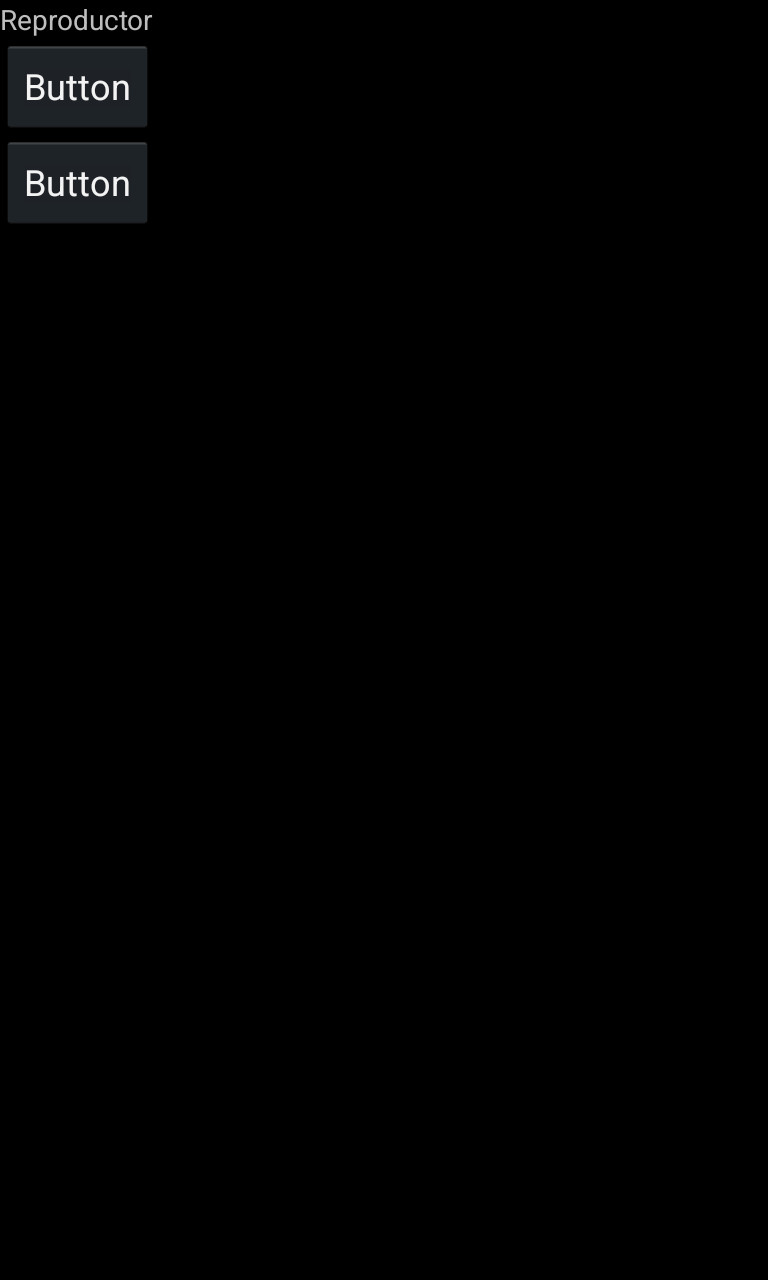
Repository: dorisserruto/un_exercises
Layout: javaandroid/Recursos/workspace-profe/lab13_player1/res/layout/main.xml
The author's editor kept a copy of each file at every save. The layout is drawn from the files as they stood at one save, then again after the next save.
It is drawn on a 768 x 1280 px phone screen (xhdpi) without system bars, with theme android:Theme.Holo; the app's code is not run.

Above is the layout before, as saved 2012-06-24 15:14:05.

After the next save:
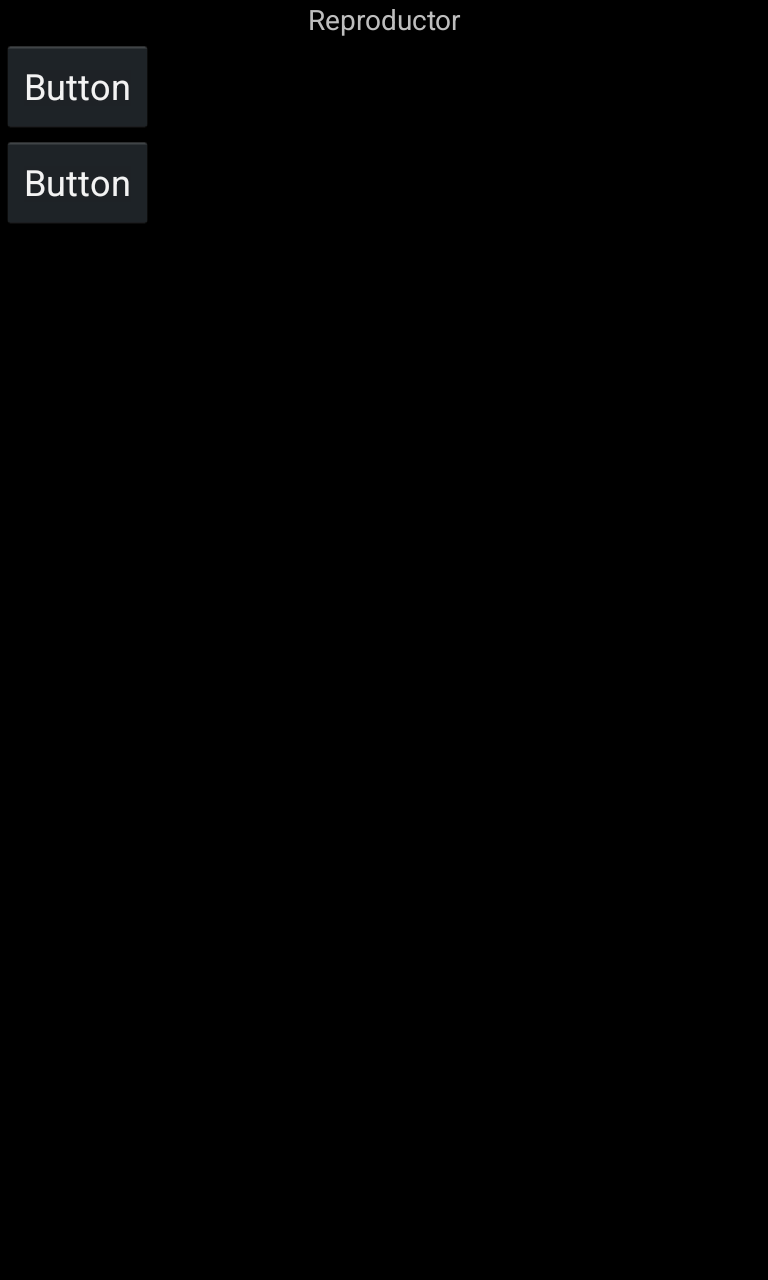
Saved 60 s later.
--- a/javaandroid/Recursos/workspace-profe/lab13_player1/res/layout/main.xml
+++ b/javaandroid/Recursos/workspace-profe/lab13_player1/res/layout/main.xml
@@ -7,7 +7,9 @@
     <TextView
         android:layout_width="fill_parent"
         android:layout_height="wrap_content"
-        android:text="Reproductor" />
+        android:text="Reproductor"
+        android:gravity="center"
+        />
 
     <Button
         android:id="@+id/button1"
